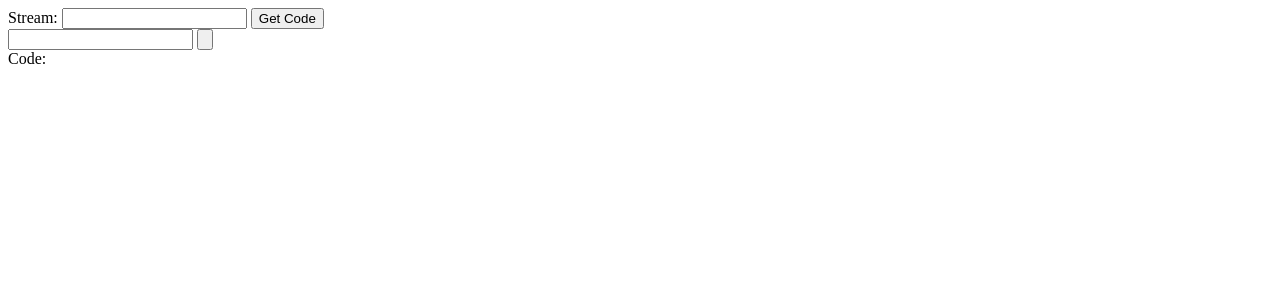
Repository: prashant4nov/CodeApp
Page: webapp/CodeApp/WebContent/index.html
An editor plug-in stored every save of this project. The page is shown before and after the next save, followed by the edit.
The browser window is 1280 px wide. The pictures show the whole page.
Some web libraries are served in a nearby version.

Above is the page before, as saved 2017-01-13 19:34:03.

### webapp/CodeApp/WebContent/index.html
<!DOCTYPE html>
<html>
<head>
<script src="https://ajax.googleapis.com/ajax/libs/jquery/3.1.1/jquery.min.js"></script>
</head>
<body>

            Stream: <input onkeypress="foo(this.form.stream.value)" name="stream" type="text" id="stream">
            <button onclick="myFunction()">Get Code</button>
            <br>


<form>
<input type="text" id="formValueId" name="valueId"/>
<input type="button" onclick="foo(this.form.stream.value)"/>
</form>


<span>Code: </span><span id="update"></span>

<script>
function foo(stream) {
    $.ajax({url: "mapping", type: "POST", data: {'data': stream},success: function(result){
        document.getElementById("update").innerHTML = result;
    }});
}
</script>

</body>
</html>



</body>
</html>

After the next save:
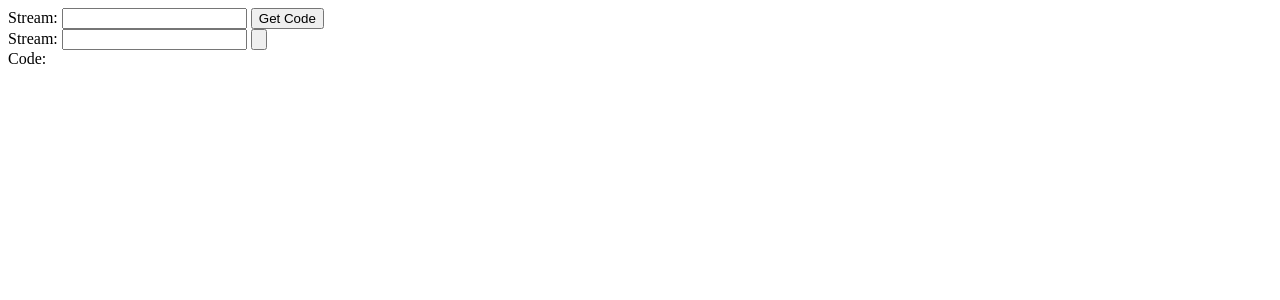
Saved 38 s later.
--- a/webapp/CodeApp/WebContent/index.html
+++ b/webapp/CodeApp/WebContent/index.html
@@ -11,7 +11,7 @@
 
 
 <form>
-<input type="text" id="formValueId" name="valueId"/>
+Stream: <input onkeypress="foo(this.form.stream.value)" name="stream" type="text">
 <input type="button" onclick="foo(this.form.stream.value)"/>
 </form>
 
